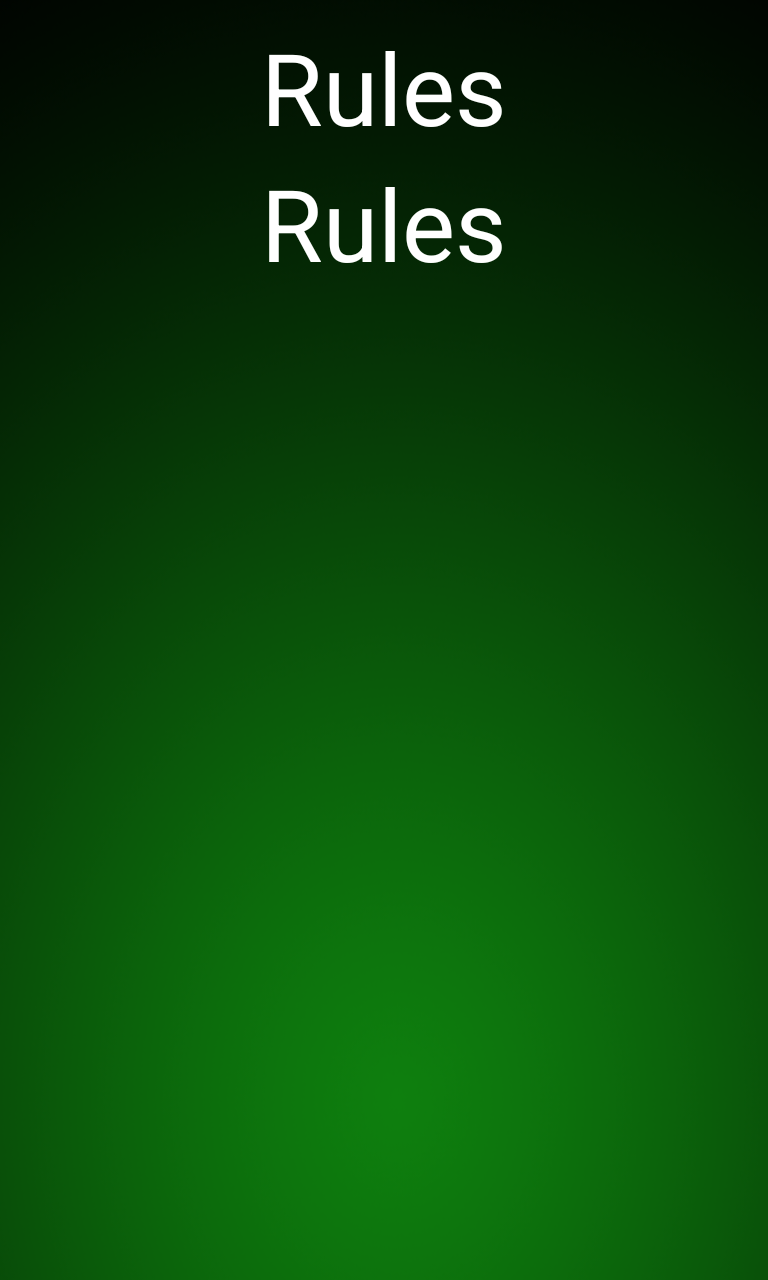
Repository: jwu14/AAProductions
Layout: EgyptianRatscrew/res/layout/activity_rules.xml
These files come from the project's save history. The layout is drawn as it stood at one moment and after the next save; the edit follows.
It is drawn on a 768 x 1280 px phone screen (xhdpi) without system bars, with theme AppTheme; the app's code is not run.

Above is the layout before, as saved 2013-03-06 21:02:27.

### EgyptianRatscrew/res/layout/activity_rules.xml
<LinearLayout xmlns:android="http://schemas.android.com/apk/res/android"
    xmlns:tools="http://schemas.android.com/tools"
    android:layout_width="fill_parent"
    android:layout_height="fill_parent"
    android:background="@drawable/bg"
    android:gravity="center"
    android:orientation="vertical"
    android:paddingBottom="10dp"
    android:paddingTop="10dp"
    tools:context=".StatsActivity" >

    <TextView
        android:id="@+id/rules"
        android:layout_width="match_parent"
        android:layout_height="68dp"
        android:clickable="false"
        android:gravity="center_horizontal"
        android:text="Rules"
        android:textColor="#FFFFFF"
        android:textSize="50sp" />

     <TextView
        android:id="@+id/info"
        android:layout_width="match_parent"
        android:layout_height="0dip"
        android:layout_weight="0.23"
        android:clickable="false"
        android:gravity="center_horizontal"
        android:text="Rules"
        android:textColor="#FFFFFF"
        android:textSize="50sp" />

</LinearLayout>

After the next save:
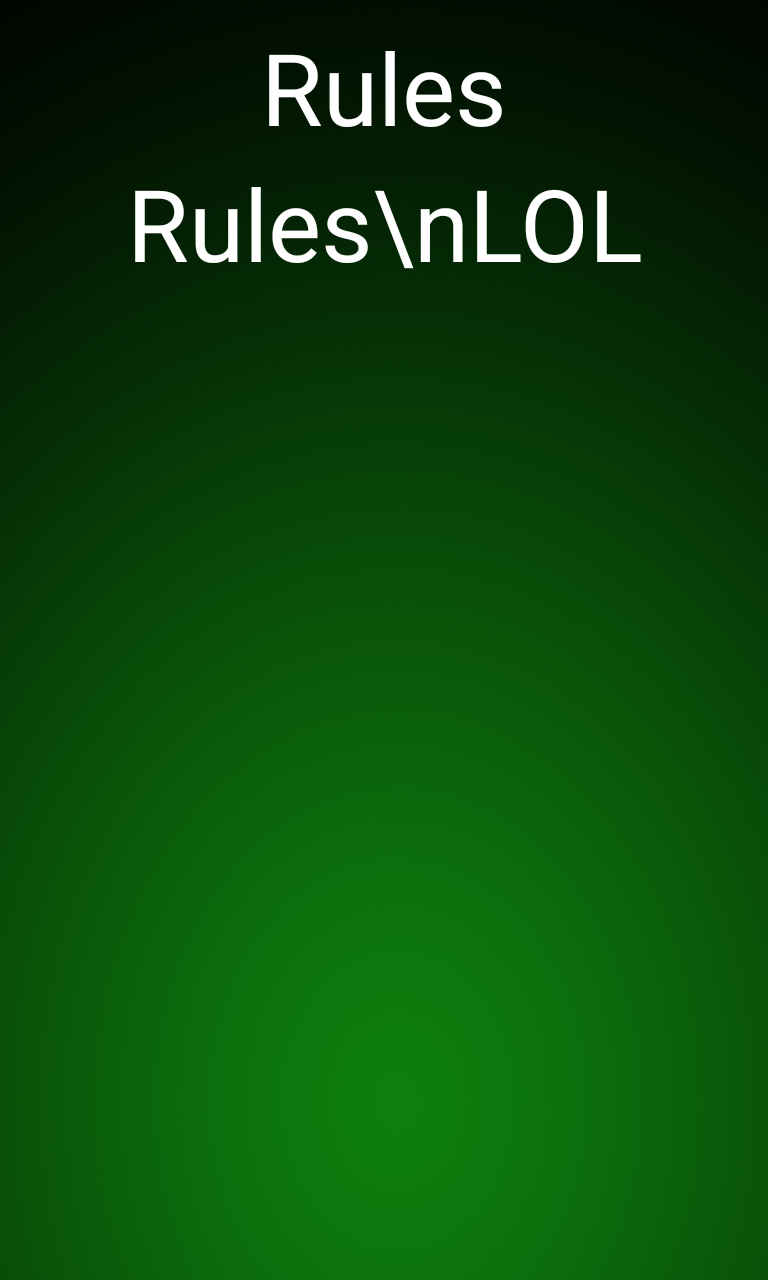
Saved 31 s later.
--- a/EgyptianRatscrew/res/layout/activity_rules.xml
+++ b/EgyptianRatscrew/res/layout/activity_rules.xml
@@ -26,7 +26,7 @@
         android:layout_weight="0.23"
         android:clickable="false"
         android:gravity="center_horizontal"
-        android:text="Rules"
+        android:text="Rules\nLOL"
         android:textColor="#FFFFFF"
         android:textSize="50sp" />
 

After the save that followed:
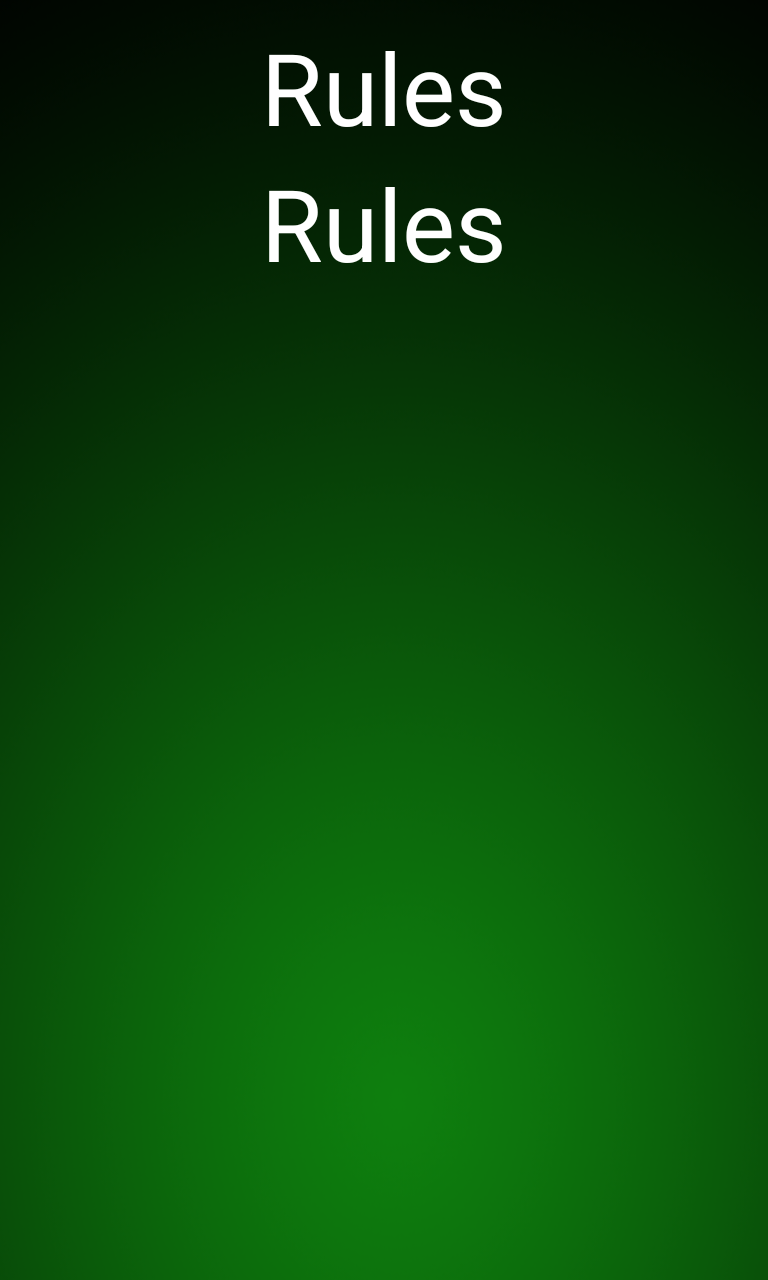
Saved 6 s later.
--- a/EgyptianRatscrew/res/layout/activity_rules.xml
+++ b/EgyptianRatscrew/res/layout/activity_rules.xml
@@ -26,7 +26,7 @@
         android:layout_weight="0.23"
         android:clickable="false"
         android:gravity="center_horizontal"
-        android:text="Rules\nLOL"
+        android:text="Rules"
         android:textColor="#FFFFFF"
         android:textSize="50sp" />
 
